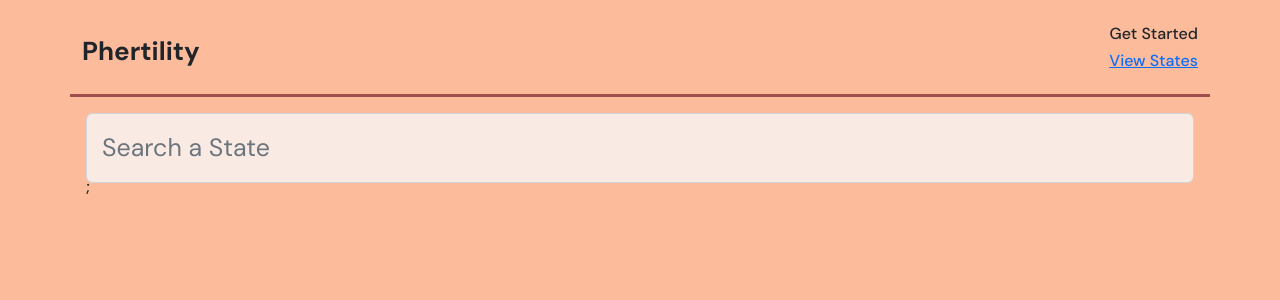
Repository: KaiDubauskas/phertility
Page: /states (app in frontend/app/)
An editor plug-in stored every save of this project. The page is shown before and after the next save, followed by the edit.
The browser window is 1280 px wide. The pictures show the whole page.
The page's requests for data from a server got no answer. The project was rebuilt for these pictures with package versions that can differ from the ones it lists, and the page was loaded fresh each time. No one was signed in, and anything a server would have sent is missing. Also part of the build but not shown: frontend/app/src/CurrentLocation.js, frontend/app/src/Map.js, frontend/app/src/Images/index.js, frontend/app/src/components/homepage.js.

Above is the page before, as saved 2022-10-23 02:36:35.

After the next save:
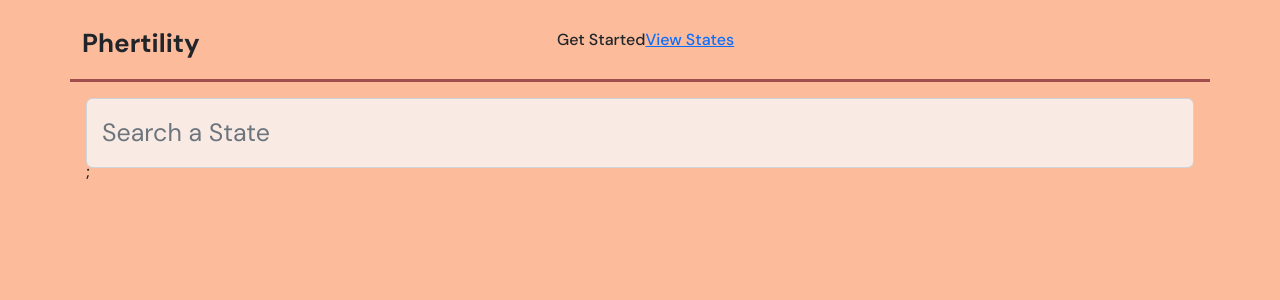
Saved 100 s later.
--- a/frontend/app/src/components/header.js
+++ b/frontend/app/src/components/header.js
@@ -13,7 +13,7 @@ const Header = () => {
                         <div class="col-5 logo-title">
                             Phertility
                         </div>
-                        <div class="col-7 text-end">
+                        <div class="col-7 text-end d-inline-flex">
                             <h6>Get Started</h6>
                             <Link to={{
                                 pathname: `/states`,
